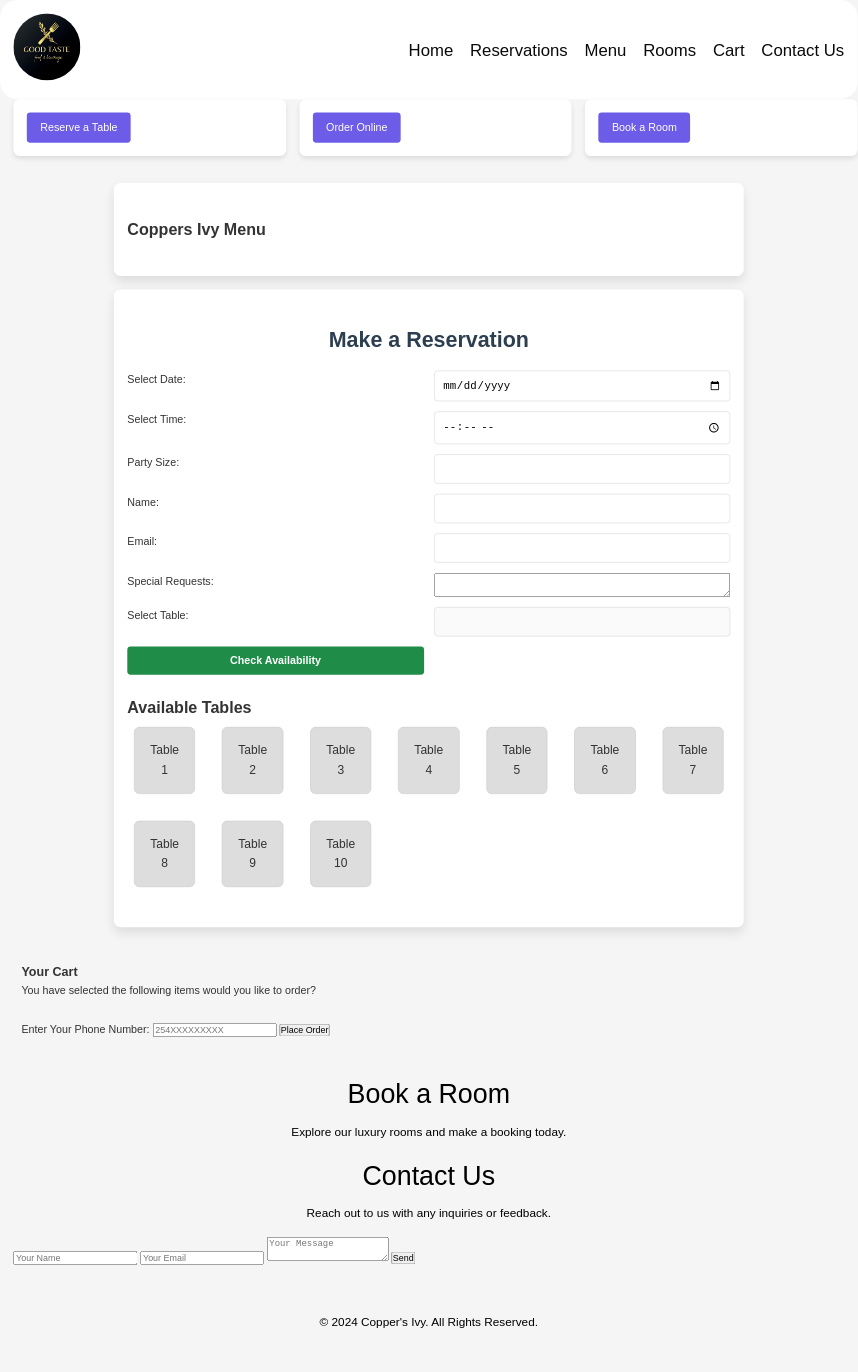
Repository: malingubarnice/Online-Reservation-System
Page: index.html
The author's editor kept a copy of each file at every save. The page is drawn from the files as they stood at one save, then again after the next save.
The browser window is 1280 px wide. The pictures show the whole page, at 67% of full size.

Above is the page before, as saved 2025-02-07 18:29:14.

### index.html
<!DOCTYPE html>
<html lang="en">
<head>
  <meta charset="UTF-8">
  <meta name="viewport" content="width=device-width, initial-scale=1.0">
  <title>Copper's Ivy Integrated Suite</title>
  <link rel="stylesheet" href="styles.css">
</head>



<body>
  <!-- Navigation Bar -->
  <header>
    <div class="logo">
      <img src="assets/logo.jpg" alt="Copper Ivy Logo">
    </div>
    <nav class="navbar">
      <ul>
        <li><a href="#home">Home</a></li>
        <li><a href="#reservations">Reservations</a></li>
        <li><a href="#menu">Menu</a></li>
        <li><a href="#rooms">Rooms</a></li>
        <li><a href="#cart">Cart</a></li>
        <li><a href="#contact">Contact Us</a></li>
      </ul>
    </nav>
  </header>



  <!-- Features Section -->
  <section class="features">
    <div class="feature">
      <a href="#reservations" class="btn">Reserve a Table</a>
    </div>
    <div class="feature">
      <a href="#menu" class="btn">Order Online</a>
    </div>
    <div class="feature">
      <a href="#rooms" class="btn">Book a Room</a>
    </div>
  </section>

  <!-- Menu Section -->
  <section id="menu">
    <h1>Coppers Ivy Menu</h1>
    <div class="menu-items">
      <!-- Menu items dynamically loaded -->
    </div>
  </section>








  <!-- Reservations Section -->
<section id="reservations">
    <h1>Make a Reservation</h1>
    <div class="reservation-form">
        <label for="date">Select Date:</label>
        <input type="date" id="date" required>

        <label for="time">Select Time:</label>
        <input type="time" id="time" required>

        <label for="party-size">Party Size:</label>
        <input type="number" id="party-size" min="1" max="20" required>

        <!-- New fields for contact info and special requests -->
        <label for="customer-name">Name:</label>
        <input type="text" id="customer-name" required>

        <label for="contact-info">Email:</label>
        <input type="text" id="contact-info" required>

        <label for="special-requests">Special Requests:</label>
        <textarea id="special-requests"></textarea>

        <!-- New field to show selected table -->
        <label for="selected-table">Select Table:</label>
        <input type="text" id="selected-table" disabled> <!-- Hidden field to store the selected table -->

        <button class="reserve-btn">Check Availability</button>
    </div>

    <!-- Table Layout Section -->
    <div class="table-layout">
        <h2>Available Tables</h2>
        <div class="tables">
            <!-- Table icons dynamically loaded -->
        </div>
    </div>
</section>




    <!-- Order Section -->
    <section id="order-online">
        <!-- Menu Items -->
        <div class="menu-items">
            <!-- Menu items dynamically loaded from the backend -->
        </div>


  <!-- Cart Section -->
    <section id="cart">
      <h1>Your Cart</h1>
      <p>You have selected the following items would you like to order?</p>
      <div class="cart-items">
        <!-- Cart items dynamically loaded -->
      </div>
  </section>
        <!-- Order Form -->
        <div class="order-form">
            <div class="order-list">
                <!-- Dynamically added ordered items will appear here -->
            </div>

            <!-- Phone number input (used for STK Push) -->
            <label for="phone">Enter Your Phone Number:</label>
            <input type="text" id="phone" placeholder="254XXXXXXXXX">
            <button class="place-order-btn">Place Order</button>
        </div>
    </section>




<!-- Rooms Section -->
<section id="rooms">
  <h1>Book a Room</h1>
  <p>Explore our luxury rooms and make a booking today.</p>

  <div class="room-list">
    <!-- Room cards dynamically loaded -->
  </div>

  <!--A Booking Form-->
<!-- Booking form (initially hidden) -->

<div class="booking-form hidden">
  <form id="room-booking-form">
      <input type="hidden" id="room_id" name="room_id">  <!-- Hidden input for room ID -->
      <label for="room-selection">Room</label>
      <input type="text" id="room-selection" name="room_name" readonly>

      <label for="check-in-date">Check-in Date</label>
      <input type="date" id="check-in-date" name="check_in_date" required>

      <label for="check-out-date">Check-out Date</label>
      <input type="date" id="check-out-date" name="check_out_date" required>

      <label for="guest-count">Number of Guests</label>
      <input type="number" id="guest-count" name="guest_count" min="1" required>

      <label for="contact-info">Contact Information</label>
      <input type="text" id="contact-info" name="contact-info" placeholder="Enter your contact info" required>

      <p id="price"></p>

      <button type="submit">Book Room</button>
  </form>
</div>






  <!-- Contact Section -->
  <section id="contact">
    <h1>Contact Us</h1>
    <p>Reach out to us with any inquiries or feedback.</p>
    <form action="https://formsubmit.co/abe6aa3a3e17f53c98754b49282f4908" method="POST" class="contact-form" >
      <input type="text" name="name" placeholder="Your Name" required>
      <input type="email" name="email" placeholder="Your Email" required>
      <textarea name="message" placeholder="Your Message" required></textarea>
      <button type="submit">Send</button>
  </form>

  </section>

  <!-- Footer -->
  <footer>
    <p>&copy; 2024 Copper's Ivy. All Rights Reserved.</p>
  </footer>


  <script src="https://cdn.botpress.cloud/webchat/v2.2/inject.js"></script>
  <script src="https://files.bpcontent.cloud/2024/12/05/06/20241205062412-612LYK8G.js"></script>

  <!-- External JavaScript -->
  <script src="https://code.jquery.com/jquery-3.6.0.min.js"></script>
  <script>
    $(document).ready(function() {
      $(".place-order-btn").click(function() {
        // Get the phone number from the input field
        var phone = $("#phone").val();

        // Validate the phone number input
        if (!phone || phone.length !== 12 || !phone.startsWith('254')) {
          alert("Please enter a valid phone number starting with '254'.");
          return;
        }

        var amount = 1;  // Amount to be charged (1 shilling for your project)

        // Send AJAX request to PHP for triggering STK Push
        $.ajax({
          url: 'stkpush.php',  // PHP file that processes STK Push
          type: 'POST',
          data: {
            phone: phone,
            amount: amount
          },
          success: function(response) {
            alert("STK Push initiated! Response: " + response);
          },
          error: function() {
            alert("Error initiating STK Push.");
          }
        });
      });
    });
  </script>




  <script src="script.js"></script>
</body>
</html>

### styles.css
/* General Reset */
body, h1, h2, p, ul, li, a, button {
    margin: 0;
    padding: 0;
    box-sizing: border-box;
}

/* Body and Layout */
body {
    font-family: 'Arial', sans-serif;
    line-height: 1.6;
    background-color: #f5f5f5;
    color: #333;
}

/* Header */
header {
    display: flex;
    justify-content: space-between;
    align-items: center;
    padding: 20px;
    background: white;
    color: #fff;
    border-bottom: 2px solid #c4ccd4;
    border-radius: 26px;
    border-style: none;
}

header .logo img {
    height: 100px;
    border-radius: 50px;
}

header nav ul {
    display: flex;
    list-style: none;
}

header nav ul li {
    margin-left: 25px;
}

header nav ul li a {
    color: rgb(10, 10, 10);
    text-decoration: none;
    font-size: 25px;
    font-weight: 500;
    transition: color 0.3s;
}

header nav ul li a:hover {
    color: #eb2630;
}

/* Hero Section */
.hero {
    background-color: #fff;
    text-align: center;
    padding: 100px 20px;
    color: #da0606;
    font-size: 28px;
}

.hero h1 {
    font-size: 36px;
    margin-bottom: 15px;
}

.hero p {
    font-size: 20px;
    margin-bottom: 20px;
}

.hero .btn {
    padding: 12px 30px;
    background-color: #1f8c47;
    color: #fff;
    text-decoration: none;
    font-weight: bold;
    border-radius: 5px;
    transition: background-color 0.3s;
}

.hero .btn:hover {
    background-color: #07e262;
}


/* Container for Features Section */
.features {
    display: flex;
    justify-content: flex-start;
    align-items: flex-start;
    flex-direction: row;  /* This will place the features next to each other */
    gap: 20px;  /* Adds space between each feature box */
    margin-left: 20px;  /* Adjust the space from the left */
  }

  /* Individual Feature Box */
  .feature {
    background-color: #fff;
    padding: 20px;
    margin-bottom: 20px;
    box-shadow: 0 4px 8px rgba(0, 0, 0, 0.1);
    border-radius: 10px;
    flex: 1;  /* Makes each feature box take equal width */
  }

  /* Feature Header */
  .feature h2 {
    font-size: 22px;
    margin-bottom: 10px;
  }

  /* Feature Description */
  .feature p {
    font-size: 16px;
    color: #555;
  }

  /* Optional: Adjusting feature links */
  .feature a {
    display: inline-block;
    background-color: #6c5ce7;
    color: #fff;
    padding: 10px 20px;
    border-radius: 5px;
    text-decoration: none;
    transition: background-color 0.3s;
  }

  .feature a:hover {
    background-color: #4834d4;
  }



/* Reservations Section */
#reservations {
    padding: 50px 20px;
    background: #fff;
    margin: 20px auto;
    max-width: 900px;
    box-shadow: 0 8px 16px rgba(0, 0, 0, 0.1);
    border-radius: 10px;
}

#reservations h1 {
    font-size: 32px;
    margin-bottom: 20px;
    text-align: center;
    color: #2c3e50;
}

.reservation-form {
    display: grid;
    grid-template-columns: 1fr 1fr;
    gap: 15px;
    margin-bottom: 30px;
}

.reservation-form label {
    font-size: 16px;
    color: #333;
}

.reservation-form input, .reserve-btn {
    padding: 12px;
    border: 1px solid #ddd;
    border-radius: 5px;
    font-size: 16px;
    transition: border-color 0.3s;
}

.reservation-form input:focus {
    border-color: #27ae60;
}

.reserve-btn {
    background-color: #1f8c47;
    color: #fff;
    font-weight: bold;
    cursor: pointer;
    border: none;
    transition: background-color 0.3s;
}

.reserve-btn:hover {
    background-color: #07e262;
}

/* Table Layout */
.table-layout {
    margin-top: 20px;
}

.tables {
    display: grid;
    grid-template-columns: repeat(auto-fill, minmax(100px, 1fr));
    gap: 20px;
}

.tables .table {
    background-color: #ddd;
    padding: 20px;
    text-align: center;
    font-size: 18px;
    border-radius: 8px;
    cursor: pointer;
    transition: transform 0.3s, background-color 0.3s;
}

.tables .table:hover {
    transform: scale(1.1);
    background-color: #27ae60;
    color: #fff;
}



/* Menu Section */
#menu {
    padding: 50px 20px;
    background: #fff;
    margin: 20px auto;
    max-width: 900px;
    box-shadow: 0 8px 16px rgba(0, 0, 0, 0.1);
    border-radius: 10px;
}

.menu-items {
    display: grid;
    grid-template-columns: repeat(auto-fill, minmax(250px, 1fr));
    gap: 20px;
}

.menu-items .menu-item {
    background: #f4f4f4;
    padding: 20px;
    border-radius: 8px;
    box-shadow: 0 4px 8px rgba(0, 0, 0, 0.1);
    text-align: center;
    transition: transform 0.3s;
}

.menu-items .menu-item:hover {
    transform: scale(1.05);
    box-shadow: 0 8px 16px rgba(0, 0, 0, 0.2);
}

.menu-items img {
    max-width: 100%;
    border-radius: 5px;
}

/* Targeting buttons inside the #menu section */
#menu button {
    width: 100%;
    padding: 12px;
    background: #1f8c47;
    color: white;
    font-size: 16px;
    border: none;
    border-radius: 8px;
    cursor: pointer;
    transition: 0.3s;
}

#menu button:hover {
    background: #27ae60;
}


/* Footer */
footer {
    text-align: center;
    padding: 20px;
    background-color: whitesmoke;
    color: #fff;
    margin-top: 50px;
}

/* Responsive Design */
@media (max-width: 768px) {
    .features {
        flex-direction: column;
        align-items: center;
    }

    .feature {
        width: 100%;
        margin-bottom: 30px;
    }

    .reservation-form {
        grid-template-columns: 1fr;
    }

    .tables {
        grid-template-columns: 1fr 1fr;
    }

    .menu-items {
        grid-template-columns: 1fr 1fr;
    }
}

@media (max-width: 480px) {
    header {
        flex-direction: column;
        align-items: flex-start;
    }

    header nav ul {
        flex-direction: column;
        gap: 10px;
    }

    .hero h1 {
        font-size: 28px;
    }

    .hero p {
        font-size: 18px;
    }
}

/* Style for available tables */
.table {
    padding: 10px;
    margin: 10px;
    border: 1px solid #ccc;
    cursor: pointer;
    display: inline-block;
}

/* Highlight the selected table */
.table.selected {
    background-color: #4CAF50; /* Green background */
    color: white;
    border: 2px solid #fff;
}

/*stying order online section*/
#order-online {
    padding: 2rem;
}

.menu-item {
    border: 1px solid #ddd;
    margin: 1rem;
    padding: 1rem;
    text-align: center;
}
.order-form {
    margin-top: 2rem;
}
.order-total {
    font-weight: bold;
    margin-top: 1rem;
}


/*styling rooms*/
/* General styling for the Rooms Section */
#rooms {
    font-family: Arial, sans-serif;
    padding: 20px;
    background-color: #f5f5f5;
}

#rooms h1 {
    text-align: center;
    color: #333;
    font-size: 2.5rem;
    margin-bottom: 10px;
}

#rooms p {
    text-align: center;
    font-size: 1.1rem;
    color: #666;
    margin-bottom: 20px;
}

/* Room Listings */
.room-listings {
    display: grid;
    grid-template-columns: repeat(auto-fill, minmax(250px, 1fr));
    gap: 20px;
    margin-bottom: 30px;
}

.room-card {
    background-color: white;
    border-radius: 8px;
    box-shadow: 0 4px 6px rgba(0, 0, 0, 0.1);
    padding: 15px;
    text-align: center;
    transition: transform 0.3s ease-in-out;
}

.room-card:hover {
    transform: translateY(-5px);
}

.room-card img {
    width: 100%;
    height: 180px;
    object-fit: cover;
    border-radius: 8px;
}

.room-card h3 {
    font-size: 1.5rem;
    color: #333;
    margin: 15px 0;
}

.room-card p {
    font-size: 1.1rem;
    color: #777;
}

.room-card .price {
    font-size: 1.2rem;
    font-weight: bold;
    color: #1f8c47;
    margin-top: 10px;
}

.room-card button {
    background-color: #1f8c47;
    color: white;
    padding: 10px 15px;
    font-size: 1rem;
    border: none;
    border-radius: 5px;
    cursor: pointer;
    transition: background-color 0.3s;
}

.room-card button:hover {
    background-color: #07e262;
}


/* New class for hiding the form */
.booking-form.hidden {
    display: none;
}

/* Booking Form Styling */
.booking-form {
    background-color: white;
    padding: 20px;
    border-radius: 8px;
    box-shadow: 0 4px 6px rgba(0, 0, 0, 0.1);
    width: 100%;
    max-width: 600px;
    margin: 0 auto;
}

.booking-form h2 {
    text-align: center;
    color: #333;
    font-size: 2rem;
    margin-bottom: 15px;
}

.booking-form form {
    display: flex;
    flex-direction: column;
    gap: 15px;
}

.booking-form label {
    font-size: 1.1rem;
    color: #333;
}

.booking-form select,
.booking-form input {
    padding: 10px;
    font-size: 1rem;
    border: 1px solid #ccc;
    border-radius: 5px;
    width: 100%;
}

.booking-form button {
    background-color: #1f8c47;
    color: white;
    padding: 12px 20px;
    font-size: 1.1rem;
    border: none;
    border-radius: 5px;
    cursor: pointer;
    transition: background-color 0.3s;
}

.booking-form button:hover {
    background-color: #07e262;
}

/* Confirmation Message */
#confirmation-message {
    font-size: 1.2rem;
    color: #333;
    margin-top: 20px;
    text-align: center;
    display: none; /* Hidden initially */
}

#confirmation-message.success {
    color: #4caf50;
}

#confirmation-message.error {
    color: #f44336;
}



/* Container for styling the rooms */
.room-list {
    display: flex;
    flex-wrap: wrap; /* Allows room cards to wrap to the next line when necessary */
    justify-content: center; /* Centers the room cards horizontally */
    gap: 20px; /* Adds space between cards */
    max-width: 80%; /* Makes the container occupy 80% of the page */
    margin: 0 auto; /* Centers the container horizontally */
}

/* Individual room card */
.room-card {
    width: 30%; /* Makes each card take up about 30% of the container's width */
    max-width: 300px; /* Optional: Set a max width for the cards */
    margin: 10px;
    padding: 15px;
    text-align: center;
    box-shadow: 0 4px 8px rgba(0, 0, 0, 0.1);
    background-color: #fff;
    border-radius: 10px;
    box-sizing: border-box;
}

/* Image inside room card */
.room-card img {
    width: 100%; /* Ensures the image stretches across the container */
    height: auto; /* Keeps aspect ratio intact */
    object-fit: contain; /* Ensures the full image is visible */
}

@media (max-width: 768px) {
    .room-card {
        width: 100%; /* Makes room cards stack on smaller screens */
    }
}

/* Target the specific booking room section and make the font weight lighter */
#rooms {
    color: black; /* Keeps the text color black */
    font-weight: lighter; /* Makes the font weight lighter */
}

/* Target the room cards within the booking room section */
#rooms .room-card {
    color: black; /* Ensures room card text is black */
    font-weight: lighter; /* Makes the room card text lighter */
}

/* You can also target specific elements like titles and descriptions, if necessary */
#rooms h1, #rooms p, #rooms .room-name, #rooms .room-description {
    color: black; /* Sets the text to black */
    font-weight: lighter; /* Reduces the font weight */
}

Loaded but not shown: script.js (303 lines, source omitted)

After the next save:
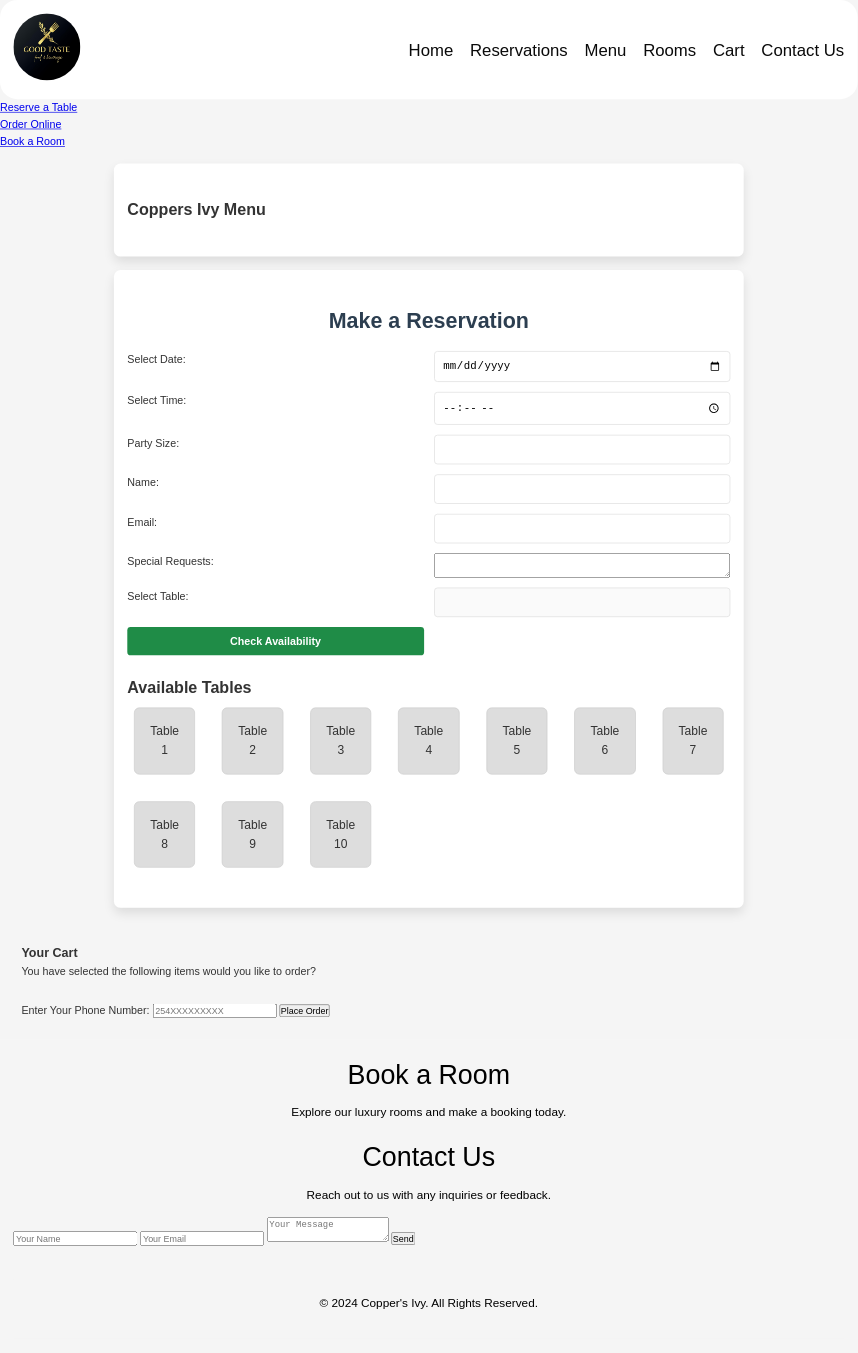
Saved 2 min 42 s later.
--- a/styles.css
+++ b/styles.css
@@ -86,52 +86,6 @@
 }
 
 
-/* Container for Features Section */
-.features {
-    display: flex;
-    justify-content: flex-start;
-    align-items: flex-start;
-    flex-direction: row;  /* This will place the features next to each other */
-    gap: 20px;  /* Adds space between each feature box */
-    margin-left: 20px;  /* Adjust the space from the left */
-  }
-
-  /* Individual Feature Box */
-  .feature {
-    background-color: #fff;
-    padding: 20px;
-    margin-bottom: 20px;
-    box-shadow: 0 4px 8px rgba(0, 0, 0, 0.1);
-    border-radius: 10px;
-    flex: 1;  /* Makes each feature box take equal width */
-  }
-
-  /* Feature Header */
-  .feature h2 {
-    font-size: 22px;
-    margin-bottom: 10px;
-  }
-
-  /* Feature Description */
-  .feature p {
-    font-size: 16px;
-    color: #555;
-  }
-
-  /* Optional: Adjusting feature links */
-  .feature a {
-    display: inline-block;
-    background-color: #6c5ce7;
-    color: #fff;
-    padding: 10px 20px;
-    border-radius: 5px;
-    text-decoration: none;
-    transition: background-color 0.3s;
-  }
-
-  .feature a:hover {
-    background-color: #4834d4;
-  }
 
 
 
